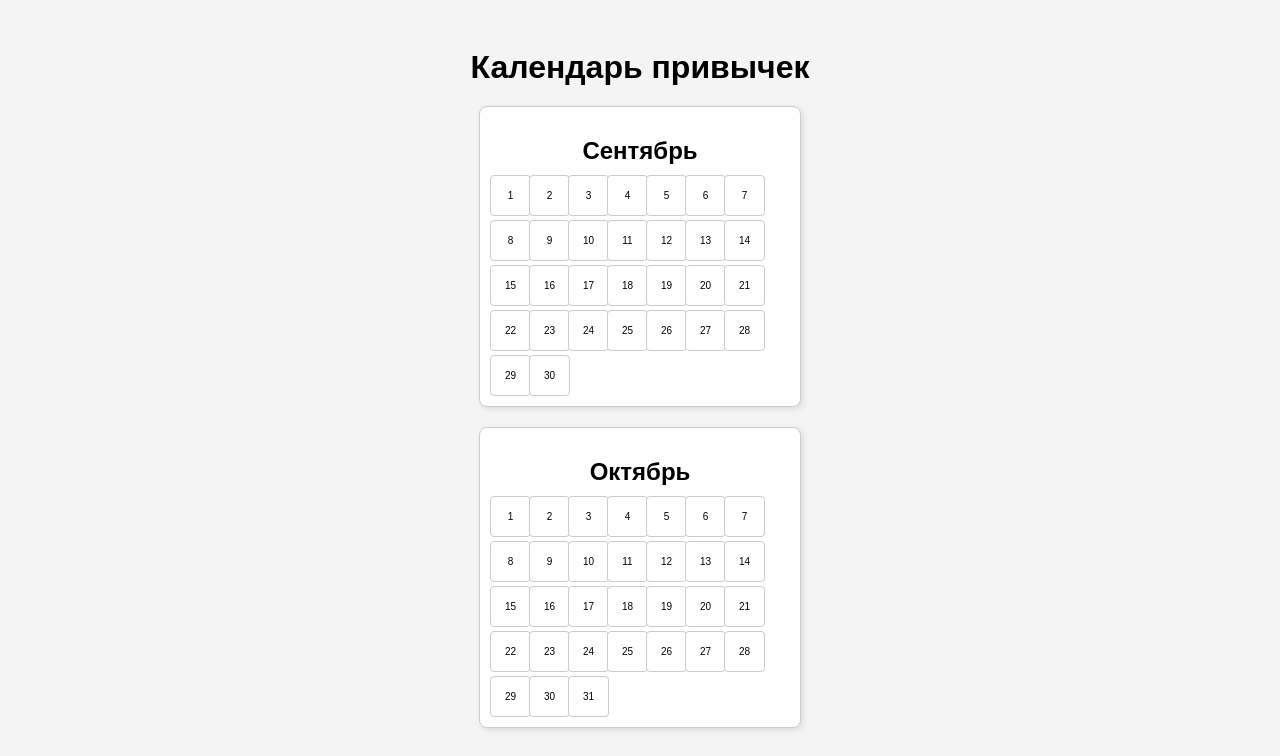
Repository: Pavel1776/doublecalendar
Page: index.html
These files come from the project's save history. The page is drawn as it stood at one moment and after the next save; the edit follows.
The browser window is 1280 px wide. The pictures show the whole page.

Above is the page before, as saved 2025-09-17 08:06:41.

### index.html
<!DOCTYPE html>
<html lang="ru">

<head>
  <meta charset="UTF-8">
  <title>Календарь привычек</title>
  <link rel="stylesheet" href="style.css">
</head>

<body>
  <h1>Календарь привычек</h1>
  <div id="calendars-container"></div>

  <script src="script.js"></script>
</body>

</html>

### style.css
/* Общие стили */
body {
  font-family: Arial, sans-serif;
  background: #f4f4f4;
  display: flex;
  flex-direction: column;
  align-items: center;
  padding: 20px;
}

h1 {
  margin-bottom: 20px;
}

/* Контейнер всех календарей горизонтально */
#calendars-container {
  display: flex;
  flex-wrap: wrap;
  gap: 20px;
  justify-content: center;
}

/* Каждый календарь */
.calendar-container {
  flex: 0 0 300px;
  border: 1px solid #ccc;
  padding: 10px;
  background: #fff;
  border-radius: 8px;
  box-shadow: 2px 2px 6px rgba(0,0,0,0.1);
}

.calendar-title {
  text-align: center;
  margin-bottom: 10px;
  font-weight: bold;
}

/* Сетка дней */
.calendar {
  display: grid;
  grid-template-columns: repeat(7, 35px);
  gap: 4px;
}

.day {
  width: 35px;
  height: 35px;
  display: flex;
  flex-direction: column;
  align-items: center;
  justify-content: center;
  background: white;
  border: 1px solid #ccc;
  font-size: 10px;
  cursor: pointer;
  position: relative;
  border-radius: 4px;
  padding: 2px;
}

/* Блок привычки внутри дня */
.habit {
  font-size: 12px;
  cursor: pointer;
  user-select: none;
  line-height: 1;
}

/* Успех — зелёная прозрачная галочка */
.habit.success {
  color: rgba(0, 200, 0, 0.6);
}

.habit.success::before {
  content: "✔ ";
}

/* Пропуск / неудача — красный крестик */
.habit.fail {
  color: rgba(255, 0, 0, 0.8);
}

.habit.fail::before {
  content: "✖ ";
}

### script.js
const months = [
  { name: "Сентябрь", days: 30 },
  { name: "Октябрь", days: 31 }
];

const habits = [
  { name: "Подъём в 5:00" },
  { name: "Ложусь до 21:30" }
];

const container = document.getElementById("calendars-container");

months.forEach(month => {
  const monthContainer = document.createElement("div");
  monthContainer.classList.add("calendar-container");

  const title = document.createElement("h2");
  title.textContent = month.name;
  title.classList.add("calendar-title");
  monthContainer.appendChild(title);

  const calendarDiv = document.createElement("div");
  calendarDiv.classList.add("calendar");
  monthContainer.appendChild(calendarDiv);

  container.appendChild(monthContainer);

  for (let dayNum = 1; dayNum <= month.days; dayNum++) {
    const day = document.createElement("div");
    day.classList.add("day");
    day.textContent = dayNum;

    habits.forEach(habit => {
      const habitDiv = document.createElement("div");
      habitDiv.classList.add("habit");
      const storageKey = `${month.name}_${habit.name}`;
      let habitDays = JSON.parse(localStorage.getItem(storageKey)) || {};

      // Восстанавливаем состояние
      if (habitDays[dayNum] === "success") habitDiv.classList.add("success");
      if (habitDays[dayNum] === "fail") habitDiv.classList.add("fail");

      // Клик — переключение: пусто → success → fail → пусто
      habitDiv.addEventListener("click", () => {
        if (habitDiv.classList.contains("success")) {
          habitDiv.classList.remove("success");
          habitDiv.classList.add("fail");
          habitDays[dayNum] = "fail";
        } else if (habitDiv.classList.contains("fail")) {
          habitDiv.classList.remove("fail");
          delete habitDays[dayNum];
        } else {
          habitDiv.classList.add("success");
          habitDays[dayNum] = "success";
        }
        localStorage.setItem(storageKey, JSON.stringify(habitDays));
      });

      day.appendChild(habitDiv);
    });

    calendarDiv.appendChild(day);
  }
});

After the next save:
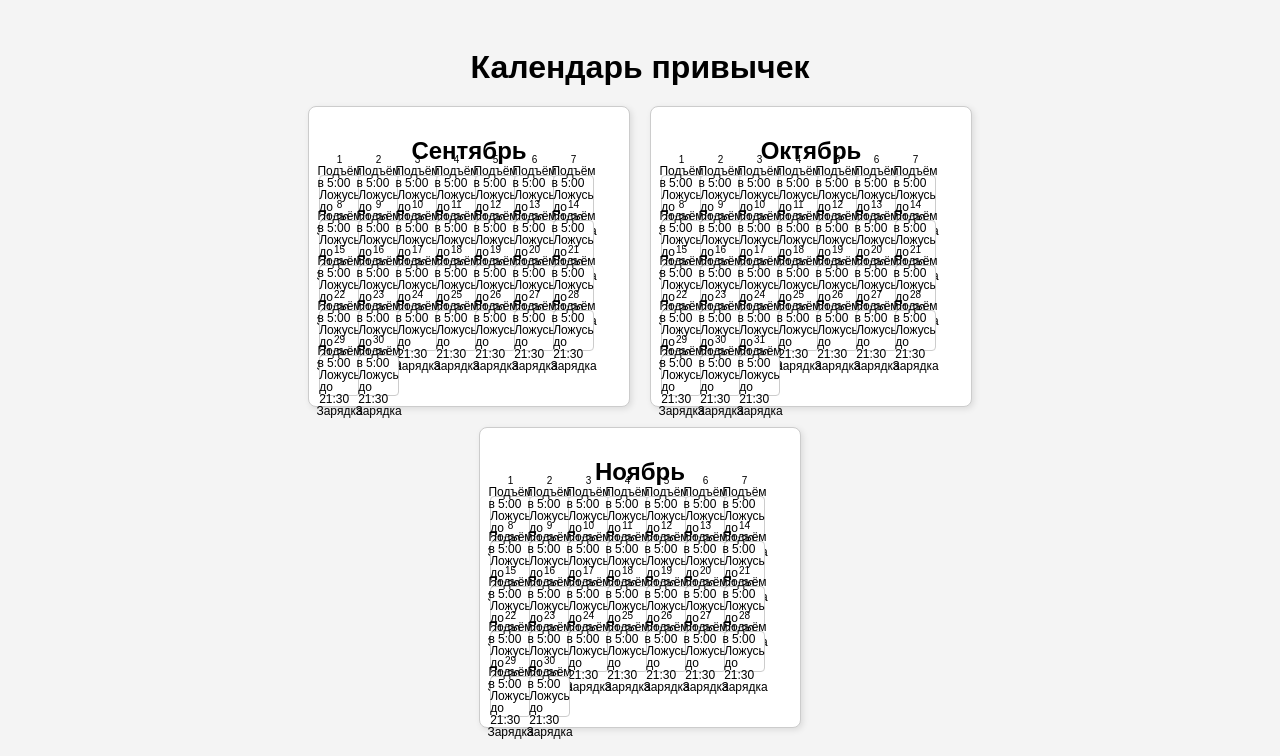
Saved 13 s later.
--- a/script.js
+++ b/script.js
@@ -1,11 +1,13 @@
 const months = [
   { name: "Сентябрь", days: 30 },
-  { name: "Октябрь", days: 31 }
+  { name: "Октябрь", days: 31 },
+  { name: "Ноябрь", days: 30 }
 ];
 
 const habits = [
   { name: "Подъём в 5:00" },
-  { name: "Ложусь до 21:30" }
+  { name: "Ложусь до 21:30" },
+  { name: "Зарядка" }
 ];
 
 const container = document.getElementById("calendars-container");
@@ -33,6 +35,9 @@
     habits.forEach(habit => {
       const habitDiv = document.createElement("div");
       habitDiv.classList.add("habit");
+      habitDiv.textContent = habit.name;
+      habitDiv.title = habit.name;
+
       const storageKey = `${month.name}_${habit.name}`;
       let habitDays = JSON.parse(localStorage.getItem(storageKey)) || {};
 
